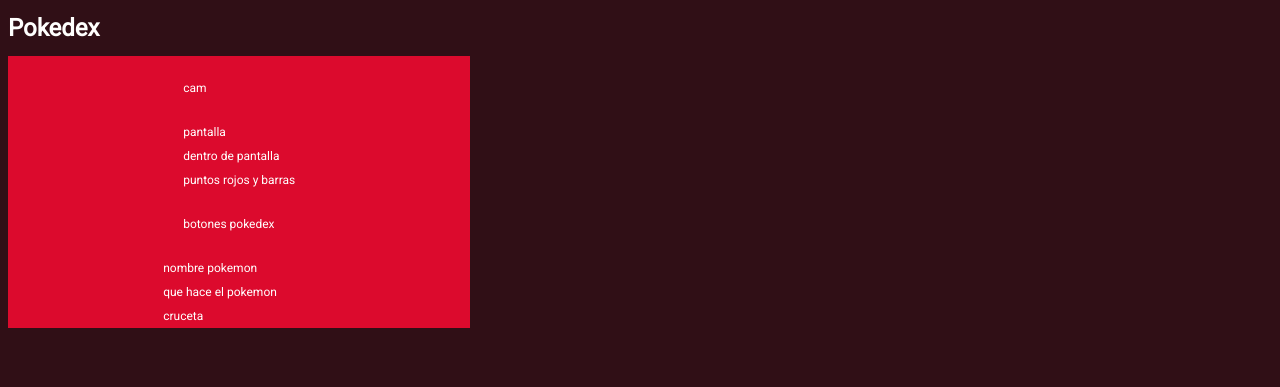
Repository: darkmantiz2/pokedex
Page: index.html
The author's editor kept a copy of each file at every save. The page is drawn from the files as they stood at one save, then again after a run of saves.
The browser window is 1280 px wide. The pictures show the whole page.

Above is the page before, as saved 2022-01-18 16:25:39.

### index.html
 <!DOCTYPE html>
<html lang="en">
<head>
  <meta charset="UTF-8">
  <meta http-equiv="X-UA-Compatible" content="IE=edge">
  <meta name="viewport" content="width=device-width, initial-scale=1.0">
  <link href="https://fonts.googleapis.com/css2?family=Roboto&display=swap" rel="stylesheet">
  <link rel="stylesheet" href="./css/index.css">
  <title>Pokedex</title>
</head>
<body>
  <h1>Pokedex</h1>

  <section class="container-pokedex" >
    <div class="container-pokedex-red">
      <div class="container-cam"> cam </div>

      <div class="container-screen" >pantalla
        <div class="screen-pokemon"> dentro de pantalla </div>
        <div class="screen-redpoints"> puntos rojos y barras </div>
      </div>

      <div class="container-buttons"> botones pokedex </div>
      <div class="container-info">
      <div class="pokemon-name"> nombre pokemon </div>
      <div class="pokemon-description"> que hace el pokemon </div>
      <div class="select-button"> cruceta </div>
    </div>
    <div class=""></div>
  </div>



  </section>

</body>
</html>

### css/index.css

:root {
  --white: #fffffe;
  --black: #300f16;
  --primary: #dc0a2d;
  --secondary: #163355;
  --body1: 400 0.75rem/1.5rem Roboto;
  --body3: 400 0.5rem/0.4556451737880707rem Roboto;
  --body2-regular: 400 0.75rem/1.375rem Space Mono;
}

body {
  color: var(--white);
  background-color: var(--black);
  font: var(--body1);

}
.container-pokedex{

  background-color: var(--primary);
  width: 35%;
  display: flex;
  justify-content: center;
  align-items: center;
  padding: 0 10px;
}

.container-cam{
  padding: 20px;
}

.container-screen{
  padding: 0 20px 20px;
}

.container-buttons{
  padding: 0 20px 20px;
}

After the next 2 saves:
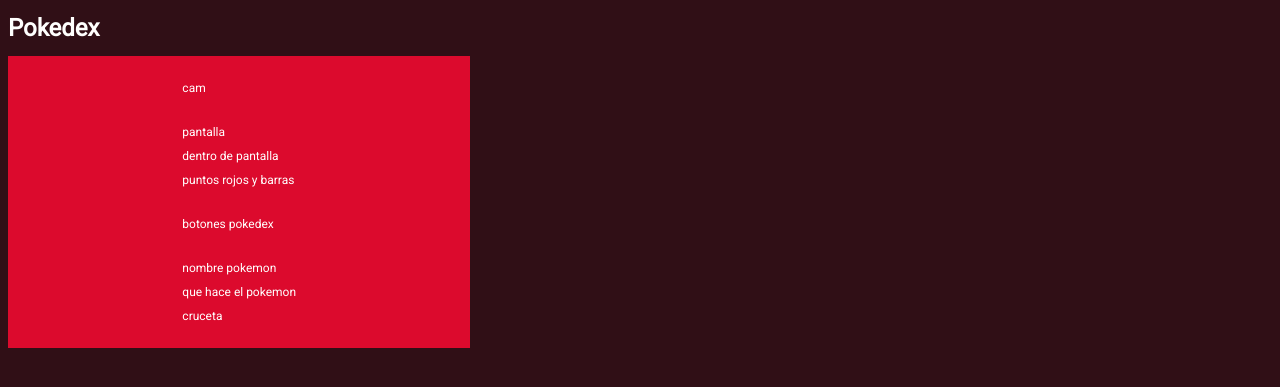
The 2 saves are shown as one change because they came seconds apart.
The last was saved 47 s later.
--- a/css/index.css
+++ b/css/index.css
@@ -36,3 +36,7 @@
 .container-buttons{
   padding: 0 20px 20px;
 }
+
+.container-info{
+  padding: 0 20px 20px;
+}
